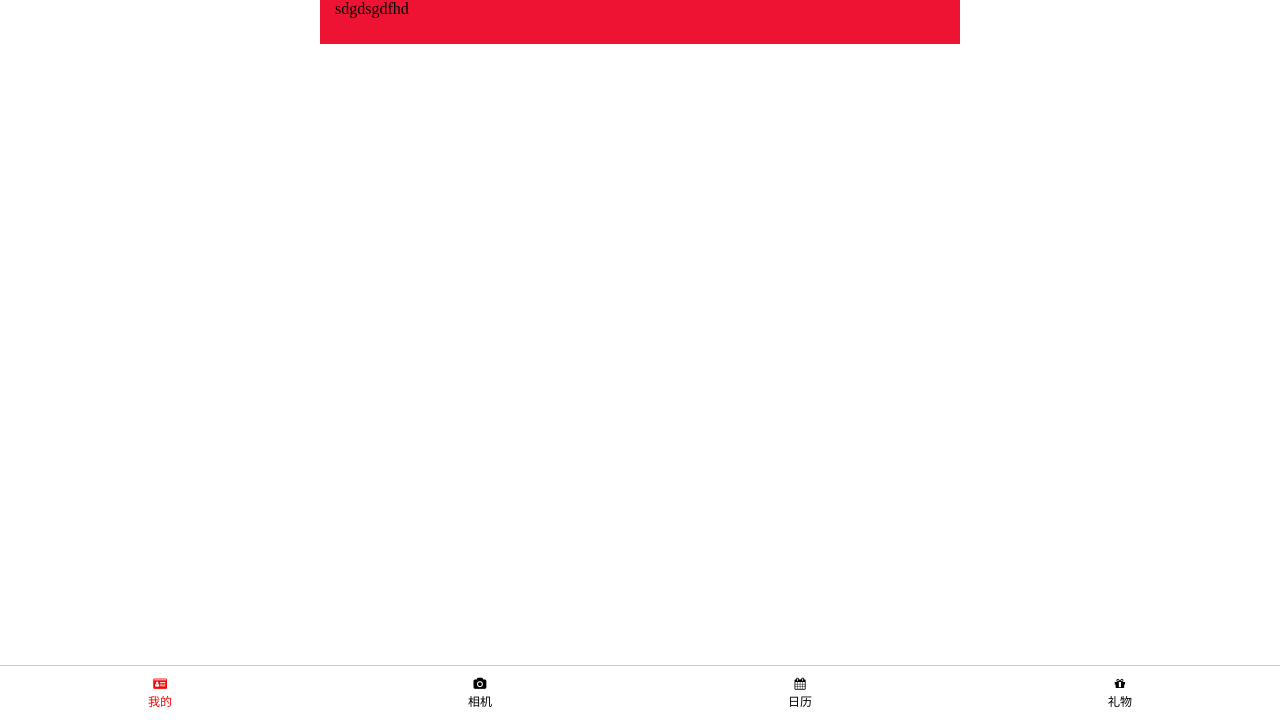
Repository: zhenzhen-gong/flextContent
Page: index.html
The author's editor kept a copy of each file at every save. The page is drawn from the files as they stood at one save, then again after the next save.
The browser window is 1280 px wide. The pictures show the whole page.

Above is the page before, as saved 2020-06-18 16:48:00.

After the next save:
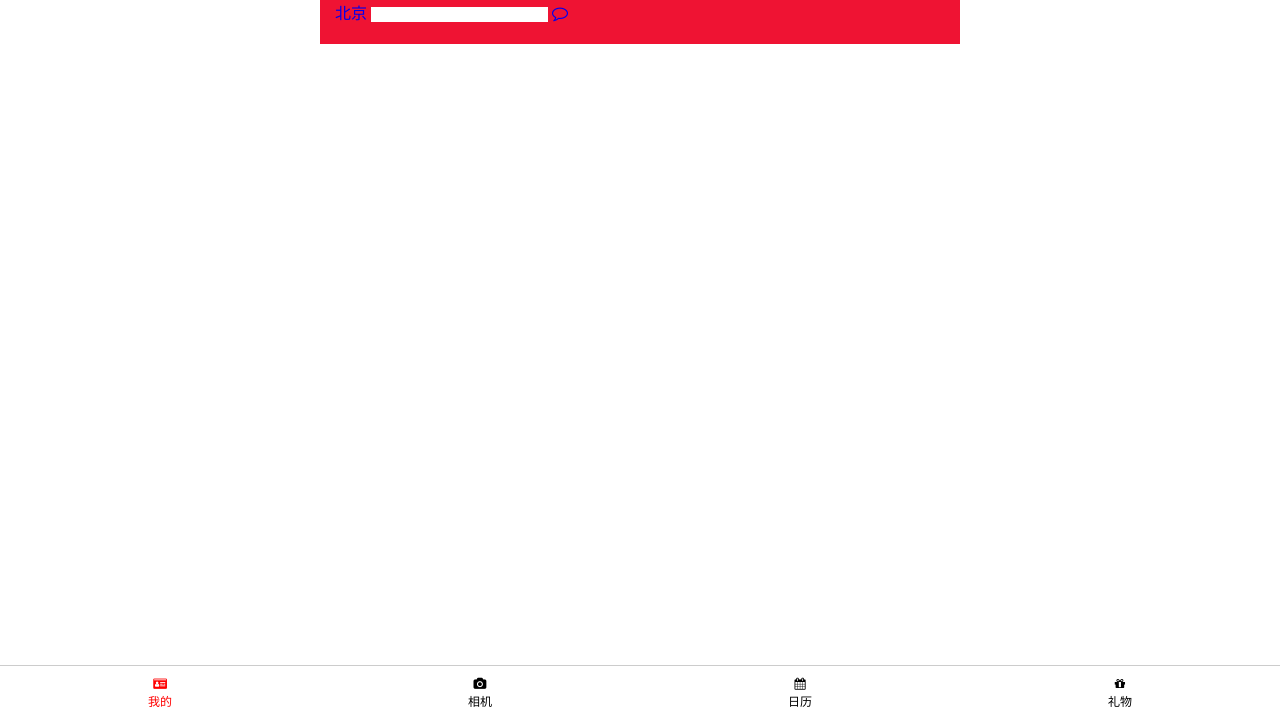
Saved 6 min 13 s later.
--- a/index.html
+++ b/index.html
@@ -10,7 +10,15 @@
 </head>
 <body>
     <div class="Tbox">
-        <header>sdgdsgdfhd</header>
+        <header>
+            <a href="#" class="left-address">北京</a>
+            <a href="#" class="middle-form">
+                <input name="search">
+            </a>
+            <a href="#" class="right-message">
+                <i class="fa fa-comment-o"></i>
+            </a>
+        </header>
         <section></section>
     </div>
     <footer>
